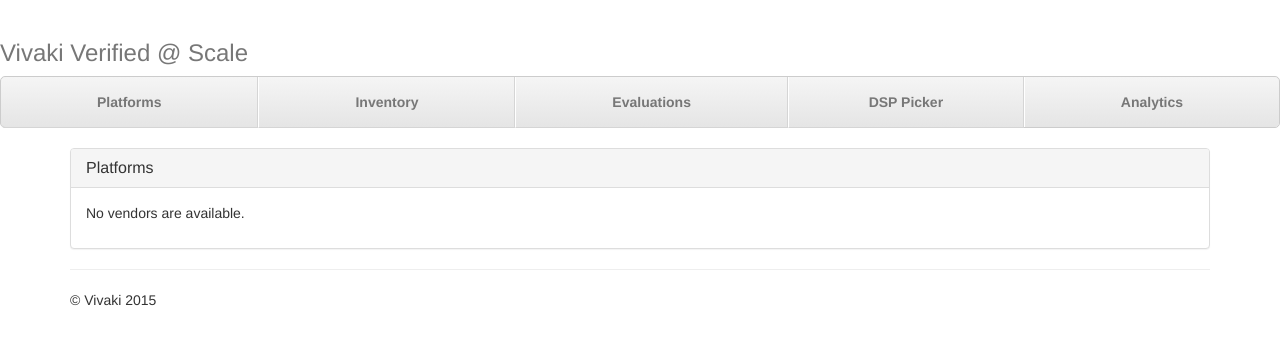
Repository: benlampert/vv
Page: vendors/templates/vendors/vendors.html
The author's editor kept a record of every edit. The page is drawn from the files as they stood at one moment, then again after the next edit.
The browser window is 1280 px wide. The pictures show the whole page.
The template is drawn by Django 2.2. The application's start-up code is not run. The template is opened directly, without the code that normally fills it, so the values that code supplies are empty.

Above is the page before.

After the next edit:
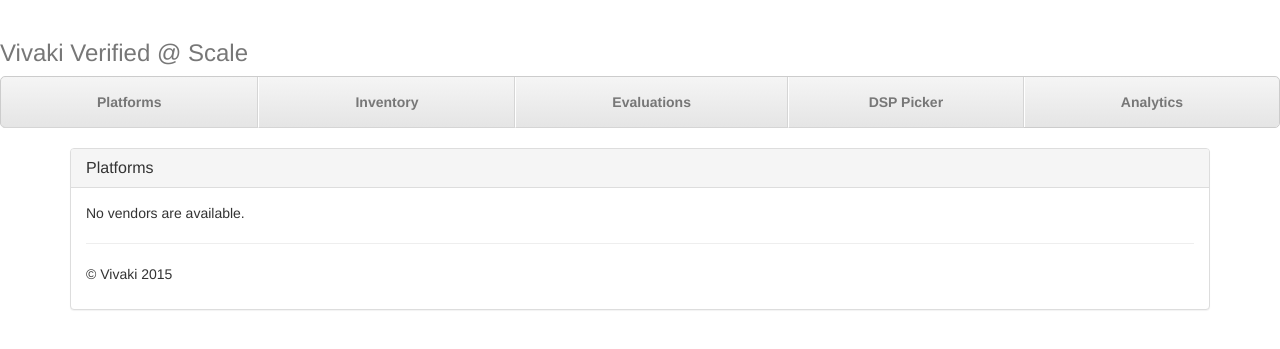
The edit:
--- a/vendors/templates/vendors/vendors.html
+++ b/vendors/templates/vendors/vendors.html
@@ -21,6 +21,7 @@
     <p>No vendors are available.</p>
 {% endif %}
 
+
+{% endblock %}
   </div>
 </div>
-{% endblock %}
